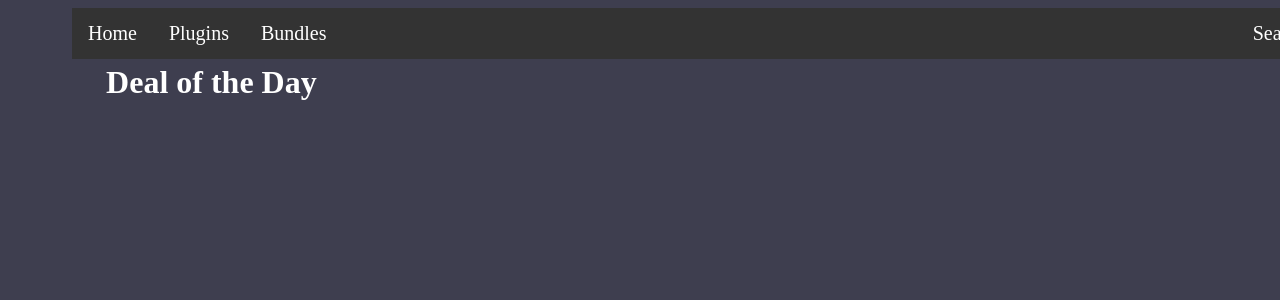
Repository: jigom11791/Wavez
Page: Wavez/Waves-Site/index.html
An editor plug-in stored every save of this project. The page is shown before and after the next save, followed by the edit.
The browser window is 1280 px wide. The pictures show the whole page.

Above is the page before, as saved 2020-10-30 18:16:40.

### Wavez/Waves-Site/index.html
<!DOCTYPE html>
<html>
<head>
    <title>Waves Price Tracker</title>
    <link rel="stylesheet" href="style.css">
</head>
<body>
    <ul class="header">
        <li><a href="#">Logo</a></li>
        <li class="right"><a href="#">Sign up</a></li>
        <li class="right"><a href="#">Sign in</a></li>
    </ul>

    <ul class="topnav">
        <li><a class="active" href="#">Home</a></li>
        <li><a href="#">Plugins</a></li>
        <li><a href="#">Bundles</a></li>
        <li class="right"><a href="#">SearchBar</a></li>
    </ul>
    <div id="content">
        <h1>Deal of the Day</h1>
    </div>
</body>
</html>

### Wavez/Waves-Site/style.css
@import url('https://fonts.googleapis.com/css2?family=Noto+Sans&family=Noto+Sans+JP&display=swap');
@import url('https://fonts.googleapis.com/css2?family=Noto+Sans&display=swap');

body {
    background-color: #3e3e4f;
    color: white;
    font-style: "Noto sans JP", sans-serif;
    padding: 0% 5%;
}

ul.topnav, ul.header{
    list-style-type: none;
    margin: 0;
    padding: 0;
    overflow: hidden;
    width: 100%;
}
.header {
    height: 60px;
    position: fixed;
}
ul.topnav {
    background-color: #333;
    font-size: 20px;
    position: fixed;
}
ul.topnav li, ul.header li{
    float: left;
}
ul.topnav li.right, ul.header li.right{
    float: right;
}
ul.topnav li a, ul.header li a {
    display: block;
    color: white;
    text-align: center;
    padding: 14px 16px;
    text-decoration: none;
}
ul.topnav li a:hover{
    background-color: #111;
}
#content {
    padding: 3%;
}

After the next save:
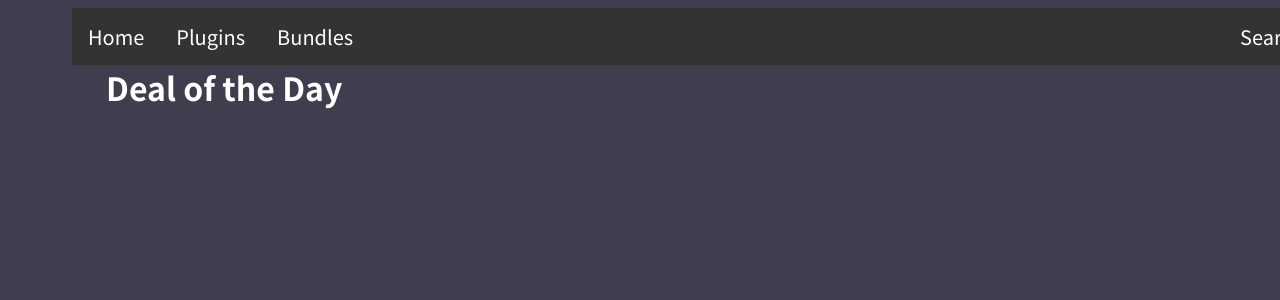
Saved 29 s later.
--- a/Wavez/Waves-Site/style.css
+++ b/Wavez/Waves-Site/style.css
@@ -4,7 +4,7 @@
 body {
     background-color: #3e3e4f;
     color: white;
-    font-style: "Noto sans JP", sans-serif;
+    font-family: "Noto sans JP", sans-serif;
     padding: 0% 5%;
 }
 
